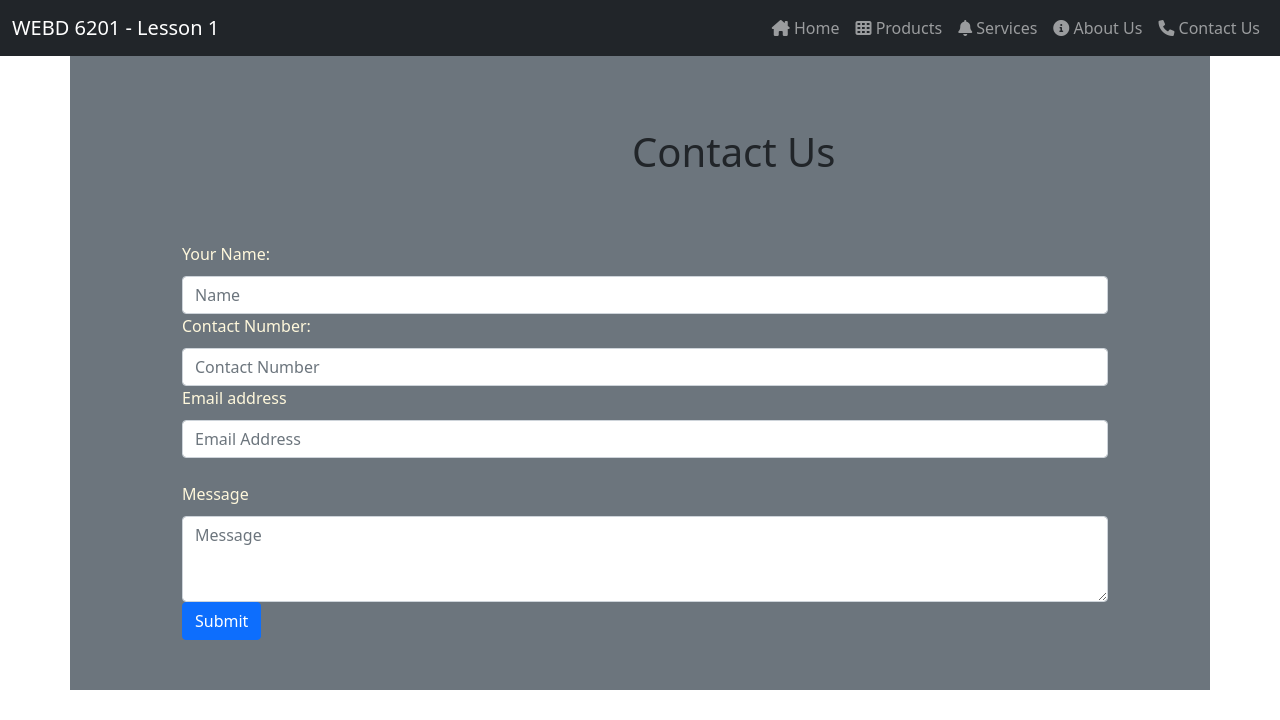
Repository: devanshudave1901/DevanshuDave_AngaranYogeswaranLab2
Page: contact.html
These files come from the project's save history. The page is drawn as it stood at one moment and after the next save; the edit follows.
The browser window is 1280 px wide. The pictures show the whole page.

Above is the page before, as saved 2022-02-10 12:30:45.

After the next save:
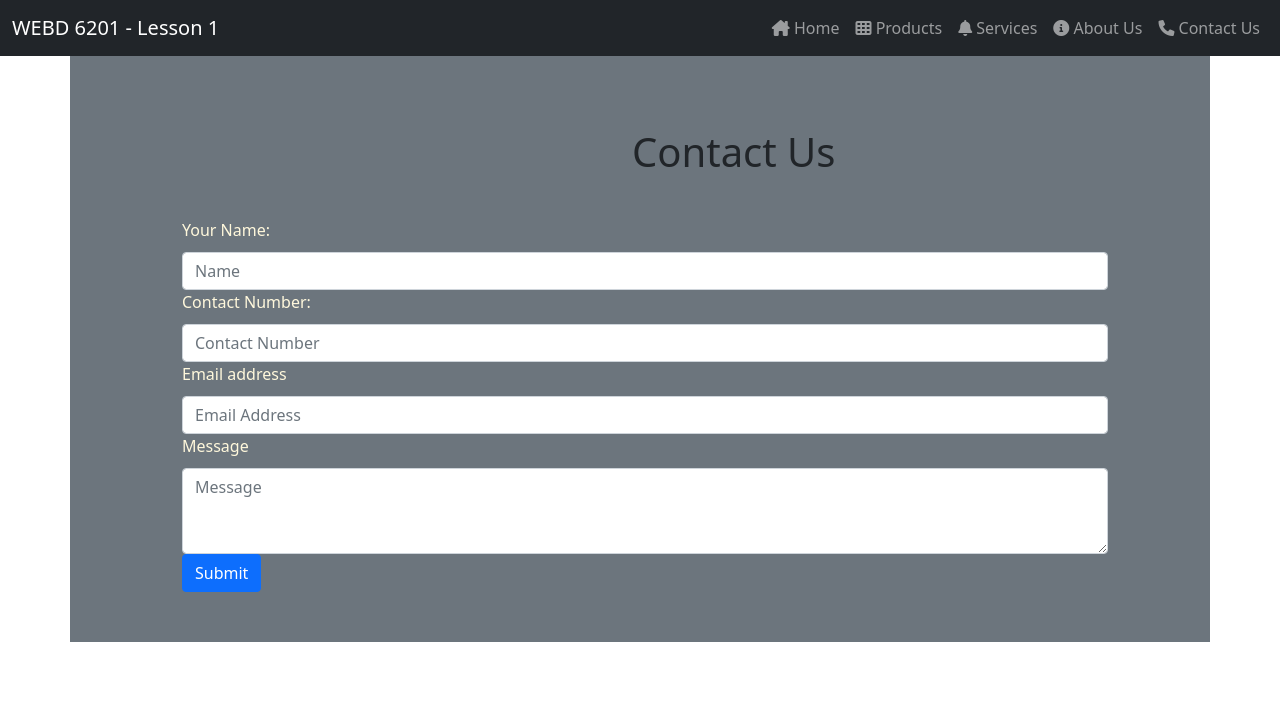
Saved 24 s later.
--- a/contact.html
+++ b/contact.html
@@ -68,7 +68,6 @@
       <br />
       <h1 id="contactId">Contact Us</h1>
       <br />
-      <br />
 
       <form id="Contactform">
         <div class="form-group">
@@ -98,7 +97,7 @@
             placeholder="Email Address"
           />
         </div>
-        <br />
+
         <div class="form-group">
           <label for="InputMessage">Message</label>
           <textarea
